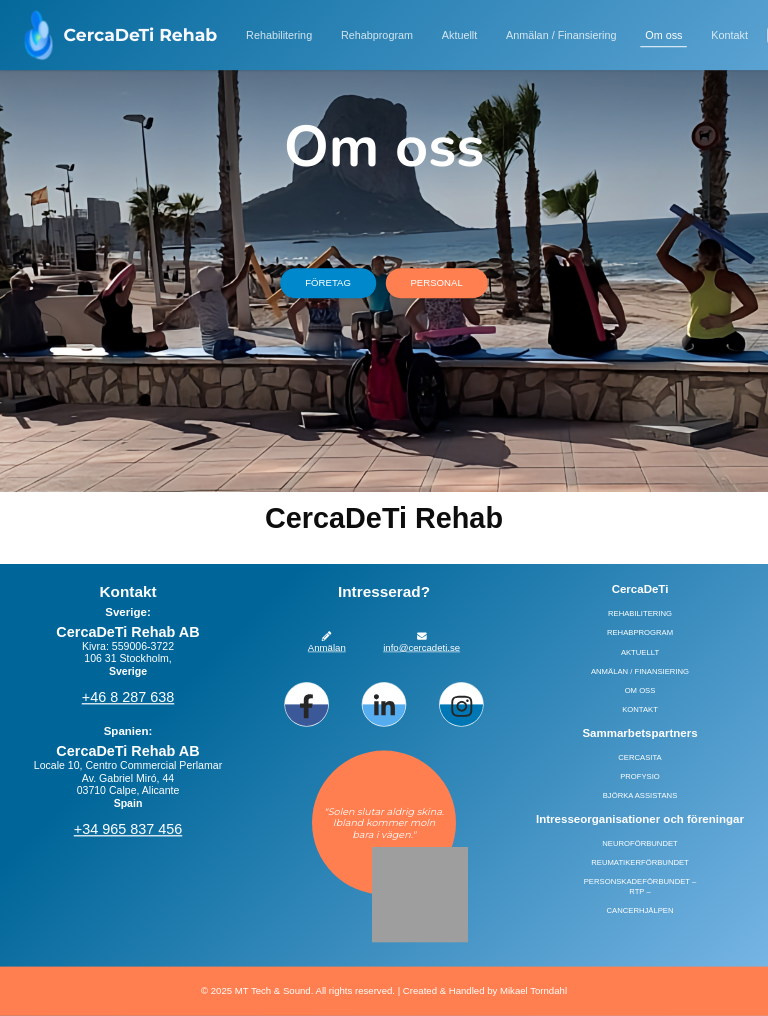
Repository: micketorndahl/CercaDeTi-rehab
Page: om-oss.html
The author's editor kept a copy of each file at every save. The page is drawn from the files as they stood at one save, then again after the next save.
The browser window is 1280 px wide. The pictures show the whole page, at 60% of full size.
Pictures or frames that could not be fetched are drawn as grey boxes. The page's requests for data from a server got no answer. Backgrounds fixed to the window are drawn as part of the page. Some web fonts or font styles are not loaded; a fallback is used. Some web libraries are served in a nearby version.

Above is the page before, as saved 2025-02-01 22:50:17.
Console error: TypeError: Cannot read properties of null (reading 'addEventListener')

After the next save:
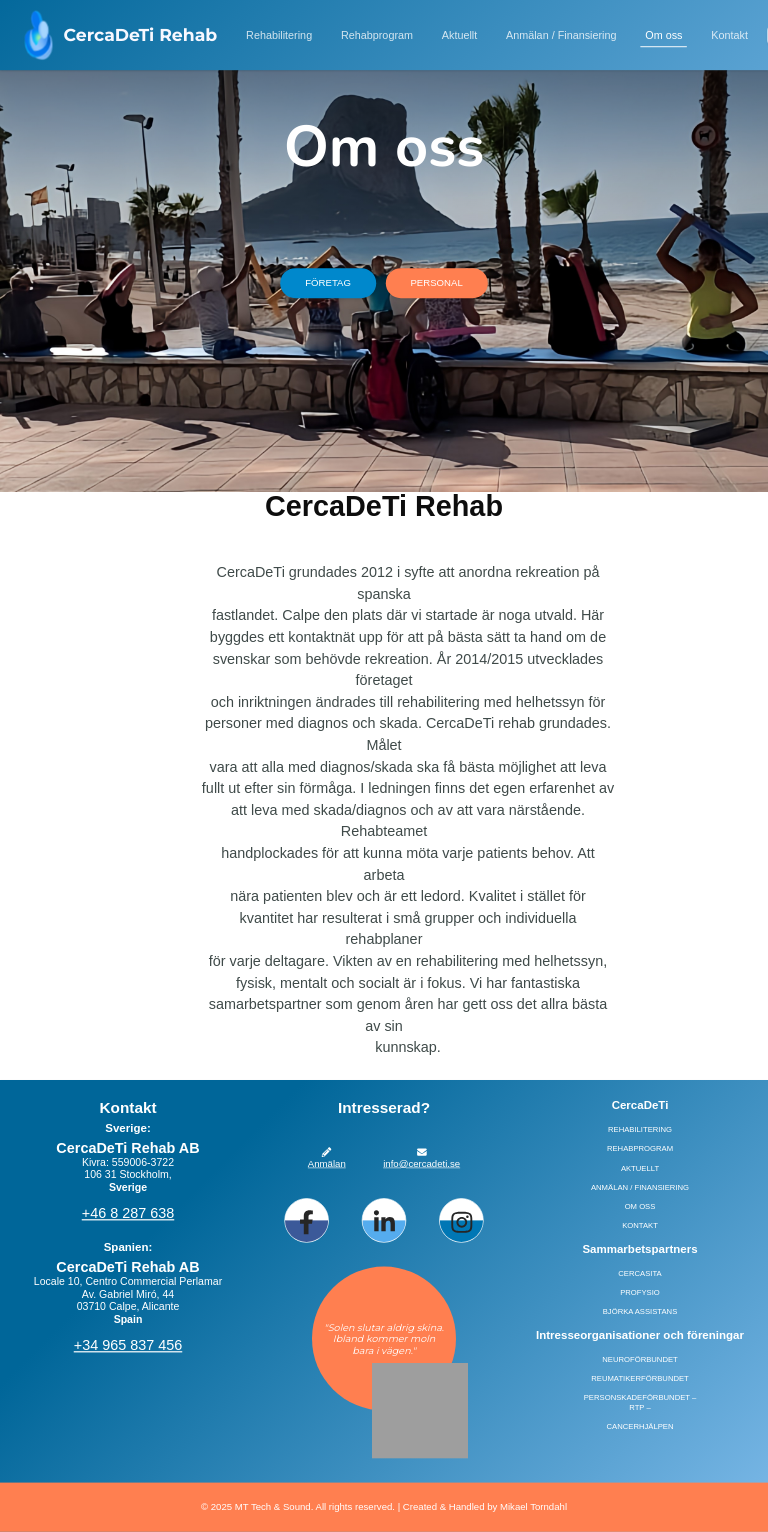
Saved 56 s later.
--- a/om-oss.html
+++ b/om-oss.html
@@ -83,7 +83,24 @@
         <aside class="sidebar-left"></aside>
         <section class="main">
           <h2>CercaDeTi Rehab</h2>
-          <p></p>
+          <p>
+            CercaDeTi grundades 2012 i syfte att anordna rekreation på spanska
+            fastlandet. Calpe den plats där vi startade är noga utvald. Här
+            byggdes ett kontaktnät upp för att på bästa sätt ta hand om de
+            svenskar som behövde rekreation. År 2014/2015 utvecklades företaget
+            och inriktningen ändrades till rehabilitering med helhetssyn för
+            personer med diagnos och skada. CercaDeTi rehab grundades. Målet
+            vara att alla med diagnos/skada ska få bästa möjlighet att leva
+            fullt ut efter sin förmåga. I ledningen finns det egen erfarenhet av
+            att leva med skada/diagnos och av att vara närstående. Rehabteamet
+            handplockades för att kunna möta varje patients behov. Att arbeta
+            nära patienten blev och är ett ledord. Kvalitet i stället för
+            kvantitet har resulterat i små grupper och individuella rehabplaner
+            för varje deltagare. Vikten av en rehabilitering med helhetssyn,
+            fysisk, mentalt och socialt är i fokus. Vi har fantastiska
+            samarbetspartner som genom åren har gett oss det allra bästa av sin
+            kunnskap.
+          </p>
         </section>
         <aside class="sidebar-right">
           <h3></h3>
